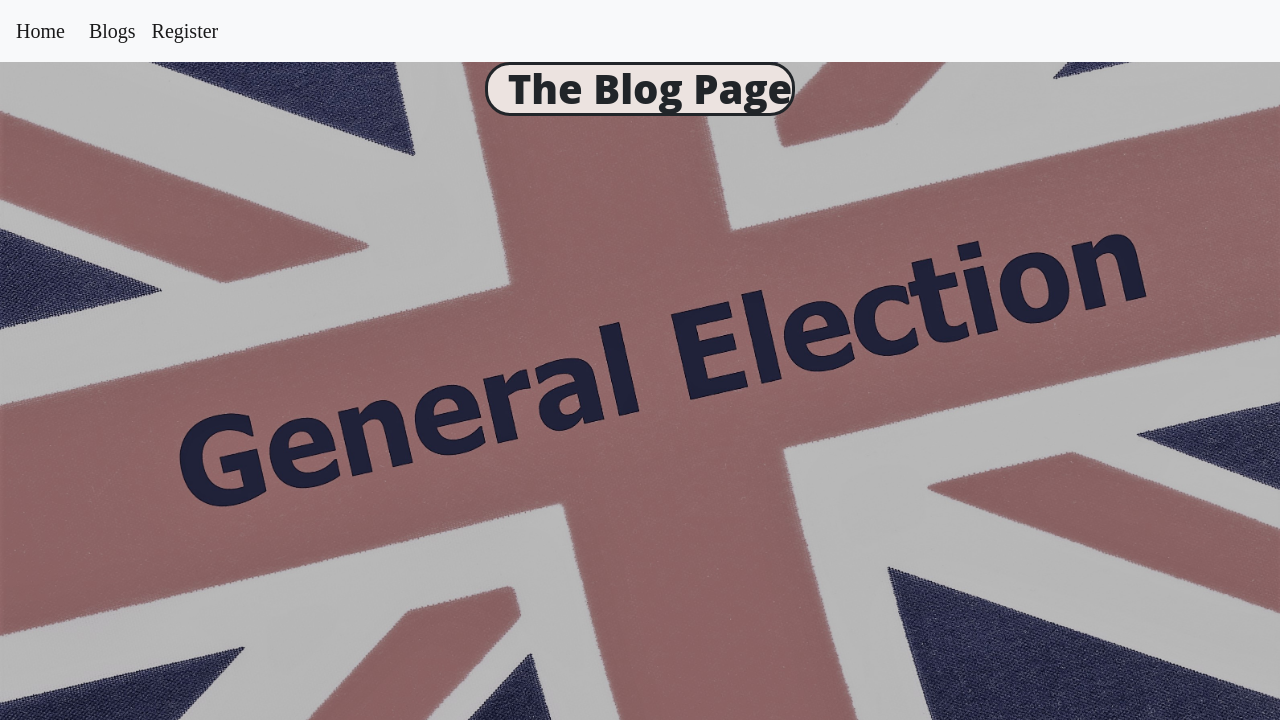
Repository: Rudancy/ms3
Page: http://localhost/user_blogs
The author's editor kept a record of every edit. The page is drawn from the files as they stood at one moment, then again after the next edit.
The browser window is 1280 px wide. The pictures show the whole page.
Some web libraries are served in a nearby version. The page is served by the project's application, run on Flask 3 (app.py). Queries for data that is not in the repository find no rows.

Above is the page before.

After the next edit:
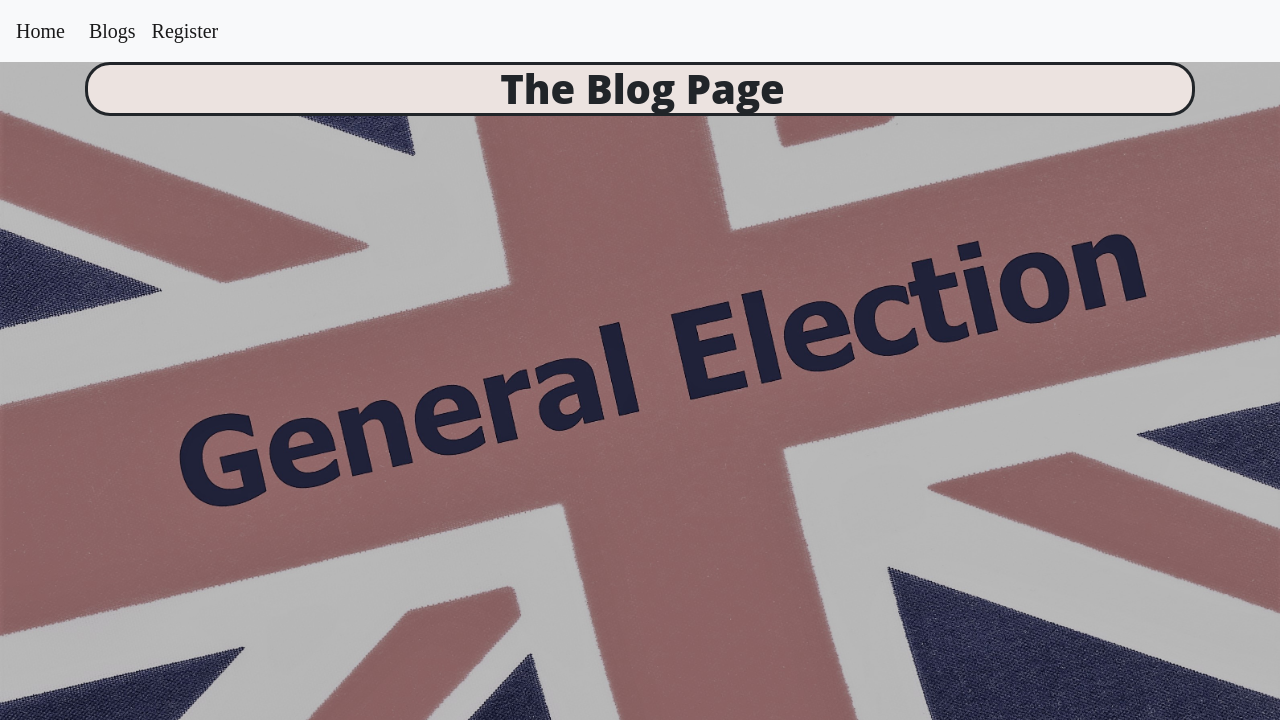
The edit:
--- a/templates/user_blogs.html
+++ b/templates/user_blogs.html
@@ -6,9 +6,9 @@
 
 <div class="container">
   <div class="row">
-  <h1 class="headings">The Blog Page</h1>
+    <h1 class="col-12 headings">The Blog Page</h1>
+  </div>
 </div>
-
 <div class="container blog-bg">
   {% for blog in blogs %}
   <div class="container blog-output justify-content-centre">
